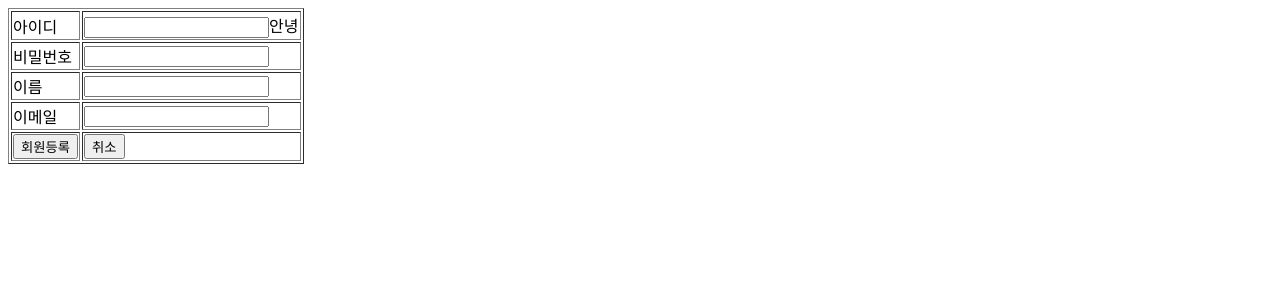
Repository: JungYOsup/Mini_project
Page: http://localhost/EsCape_Room/sign_up_form.jsp
These files come from the project's save history. The page is drawn as it stood at one moment and after the next save; the edit follows.
The browser window is 1280 px wide. The pictures show the whole page.
The page is served by Tomcat 9.

Above is the page before, as saved 2018-01-16 04:35:16.

After the next save:
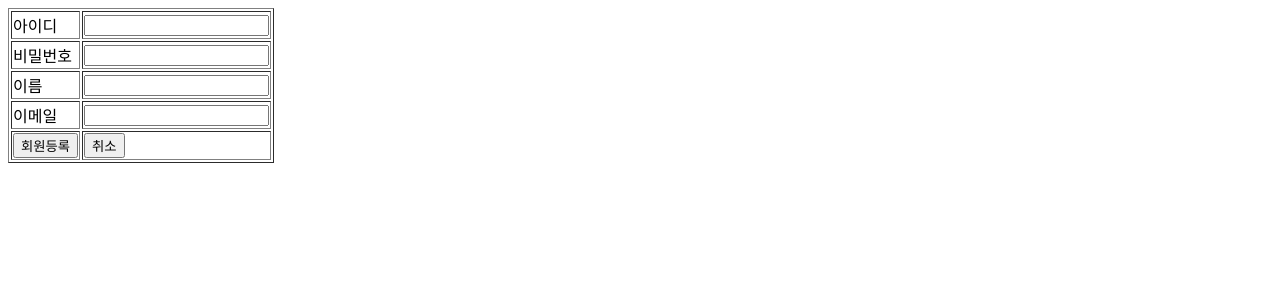
Saved 6 s later.
--- a/EsCape_Room/WebContent/sign_up_form.jsp
+++ b/EsCape_Room/WebContent/sign_up_form.jsp
@@ -42,7 +42,7 @@
 	<tr>
 
 	<td>아이디</td>
-	<td><input type="text" name="id" id="idchk" required="required"><span>안녕</span></td>
+	<td><input type="text" name="id" id="idchk" required="required"><span></span></td>
 
  	</tr>
 	<tr>
